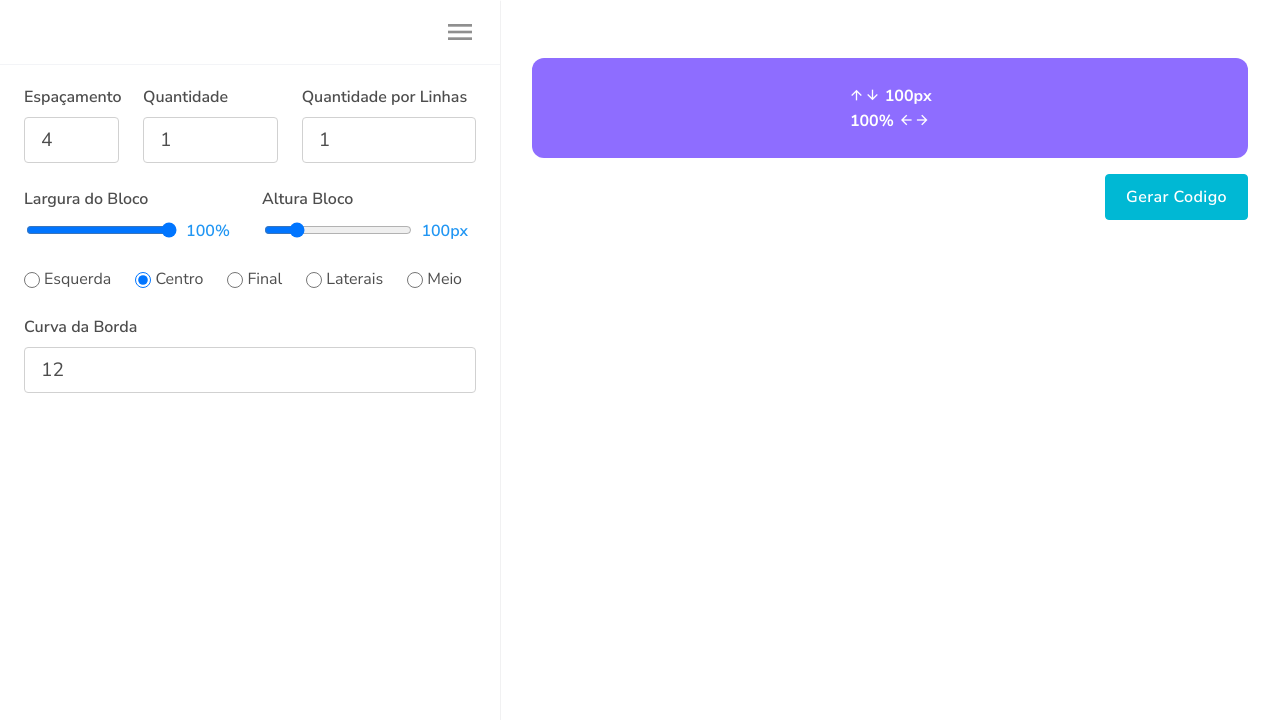
Repository: Flintdl/lowcode-elements
Page: /
The author's editor kept a copy of each file at every save. The page is drawn from the files as they stood at one save, then again after the next save.
The browser window is 1280 px wide. The pictures show the whole page.
The project was rebuilt for these pictures with package versions that can differ from the ones it lists, and the page was loaded fresh each time. Also part of the build but not shown: vue.config.js.

Above is the page before, as saved 2022-04-05 10:29:42.

### src/components/Menu/MenuTemplate.vue
<template>
  <div>
    <div
      class="ham burger-link-mobile sf-display-flex sf-display-md-none"
      @click="menu"
    >
      <i class="mdi mdi-menu sf-text-xlg sf-text-muted sf-dropdown-action"></i>
    </div>
    <nav class="sf-menu">
      <div class="sf-menu-header">
        <div
          @click="menu"
          class="hamburger-link sf-display-none sf-display-md-block"
        >
          <i
            class="mdi mdi-menu sf-text-xlg sf-text-muted sf-dropdown-action"
          ></i>
        </div>
      </div>
      <div class="sf-menu-body">
        <ul class="sf-menu-ul">
          <li class="sf-menu-li sf-px-4">
            <div class="sf-row">
              <div class="sf-col-3 sf-form-group">
                <label class="sf-label">Espaçamento</label>
                <input
                  type="number"
                  min="1"
                  max="12"
                  value="2"
                  id="inputGap"
                  v-model="inputGap"
                  class="filter-states sf-text-capitalize"
                  placeholder="Quantidade de Blocos"
                />
              </div>
              <div class="sf-col-4 sf-form-group">
                <label class="sf-label">Quantidade</label>
                <input
                  type="number"
                  value="1"
                  id="inputQuantidade"
                  v-model="inputQuantidade"
                  class="filter-states sf-text-capitalize"
                  placeholder="Quantidade de Blocos"
                />
              </div>
              <div class="sf-col-5 sf-form-group">
                <label class="sf-label">Quantidade por Linhas</label>
                <input
                  type="number"
                  min="1"
                  max="12"
                  value="1"
                  id="inputQuantidadeLinha"
                  v-model="inputQuantidadeLinha"
                  class="filter-states sf-text-capitalize"
                  placeholder="Quantidade Linha"
                />
              </div>
              <div class="sf-col-6 sf-form-group">
                <label class="sf-label">Largura do Bloco</label>
                <div class="sf-input-group">
                  <input
                    type="range"
                    min="10"
                    max="100"
                    value="10"
                    id="inputRange"
                    v-model="inputRange"
                    class="sf-px-0 sf-border-right-0 sf-border-radius-right-0 sf-text-capitalize"
                  />
                  <div
                    class="sf-input-group-append sf-display-flex sf-justify-content-center"
                  >
                    <div
                      class="sf-display-flex sf-align-items-center sf-justify-content-center sf-border-left-0 sf-border-radius sf-border-radius-left-0 sf-px-2 sf-text-info sf-font-weight-bold sf-min-60-px"
                    >
                      {{ inputRange }}%
                    </div>
                  </div>
                </div>
              </div>
              <div class="sf-col-6 sf-form-group">
                <label class="sf-label">Altura Bloco</label>
                <div class="sf-input-group">
                  <input
                    type="range"
                    min="10"
                    max="500"
                    id="valorHeight"
                    v-model="valorHeight"
                    class="sf-px-0 sf-border-right-0 sf-border-radius-right-0 sf-text-capitalize"
                  />
                  <div
                    class="sf-input-group-append sf-display-flex sf-justify-content-center"
                  >
                    <div
                      class="sf-display-flex sf-align-items-center sf-justify-content-center sf-border-left-0 sf-border-radius sf-border-radius-left-0 sf-px-2 sf-text-info sf-font-weight-bold sf-min-60-px"
                    >
                      {{ valorHeight }}px
                    </div>
                  </div>
                </div>
              </div>
              <div class="sf-col-auto sf-form-group">
                <input
                  id="start"
                  type="radio"
                  name="positionDivs"
                  v-model="checkValue"
                  value="start"
                  checked
                />
                <label for="start"> Esquerda</label>
              </div>

              <div class="sf-col-auto sf-form-group">
                <input
                  type="radio"
                  id="center"
                  name="positionDivs"
                  v-model="checkValue"
                  value="center"
                />
                <label for="center"> Centro</label>
              </div>

              <div class="sf-col-auto sf-form-group">
                <input
                  type="radio"
                  id="end"
                  name="positionDivs"
                  v-model="checkValue"
                  value="end"
                />
                <label for="end"> Final</label>
              </div>
              <div class="sf-col-auto sf-form-group">
                <input
                  type="radio"
                  id="between"
                  name="positionDivs"
                  v-model="checkValue"
                  value="between"
                />
                <label for="between"> Laterais</label>
              </div>
              <div class="sf-col-auto sf-form-group">
                <input
                  type="radio"
                  id="around"
                  name="positionDivs"
                  v-model="checkValue"
                  value="around"
                />
                <label for="around"> Meio</label>
              </div>
              <div class="sf-col-12 sf-form-group">
                <label class="sf-label">Curva da Borda</label>
                <input
                  type="number"
                  value="1"
                  id="inputBorderRadius"
                  v-model="inputBorderRadius"
                  class="filter-states sf-text-capitalize"
                  placeholder="Curva da Borda"
                />
              </div>
            </div>
          </li>
        </ul>
      </div>
    </nav>
    <div class="sf-content-page">
      <HomeView
        :valor="parseInt(inputRange)"
        :inputGap="parseInt(inputGap)"
        :valorHeight="parseInt(valorHeight)"
        :quantidade="parseInt(inputQuantidade)"
        :quantidadeLinha="parseInt(inputQuantidadeLinha)"
        :inputBorderRadius="parseInt(inputBorderRadius)"
        :checkValue="checkValue"
      />
    </div>
    <div class="ga-mascara-fundo" @click="mask"></div>
  </div>
</template>

<script>
import HomeView from "@/views/HomeView.vue";
import image from "@/assets/logo-soften.webp";

export default {
  name: "MenuTemplate",
  data: function () {
    return {
      inputQuantidade: (this.inputQuantidade = 1),
      inputQuantidadeLinha: (this.inputQuantidadeLinha = 1),
      inputBorderRadius: (this.inputBorderRadius = 12),
      inputRange: (this.inputRange = 100),
      valorHeight: (this.valorHeight = 100),
      inputGap: (this.inputGap = 4),
      checkValue: (this.checkValue = "center"),
      image: image,
    };
  },
  components: {
    HomeView,
  },
  beforeMount() {
    if (window.innerWidth >= 768) {
      if (localStorage.getItem("menu") === "fechado") {
        document.body.classList.add("menu-fechado");
      } else {
        document.body.classList.remove("menu-fechado");
      }
    }

    (function () {
      var current = window.location.pathname.split("")[0];
      if (current === "") return;
      var menuItems = document.querySelectorAll(".sf-menu-list-link");
      for (var i = 0, len = menuItems.length; i < len; i++) {
        if (menuItems[i].getAttribute("href").indexOf(current) !== -1) {
          menuItems[i].className += " active-nolink";
          menuItems[i].nextElementSibling.className += " active-nolink";
        }
      }
    })();
  },
  methods: {
    menu() {
      if (window.innerWidth >= 768) {
        document.body.classList.toggle("menu-fechado");
        if (document.body.classList.contains("menu-fechado")) {
          localStorage.setItem("menu", "fechado");
        } else {
          localStorage.removeItem("menu");
        }
      } else {
        document.body.classList.toggle("menu-mobile-aberto");
      }
    },
    mask() {
      document.body.classList.remove("menu-mobile-aberto");
    },
  },
};

// function dropdown(menu) {
//   var dropdowns = document.getElementsByClassName("sf-dropdown-menu");
//   var i;
//   for (i = 0; i < dropdowns.length; i++) {
//     var openDropdown = dropdowns[i];
//     if (openDropdown.classList.contains("show")) {
//       openDropdown.classList.remove("show");
//     }
//   }
//   document.querySelector(menu).classList.toggle("show");
// }
</script>

<style lang="scss">
@import "@/assets/scss/style.scss";
@import "@/assets/scss/standard.scss";
@import "@/assets/scss/menu.scss";
</style>

### src/assets/scss/_variables.scss
// Primarys Colors
$standardTextColor: #4d4d4d;

$primaryColor: #8e6dff;
$secondaryColor: #009997;
$buttonDisableColor: #9c9c9c;
$buttonDisableBgColor: #7676764d;

// Menu Colors

$bgMenuColor: #1d1d1d;
$linkMenuColor: #7b8089;
$iconMenuColor: #2a2a2a;
$borderMenuColor: #323232;

// Botão Colors

$btnPrimary: #00b8d4;
$btnPrimaryHover: #0085b0;

// Generics Colors

$whiteColor: #ffffff;
$mutedColor: #8f8f8f;
$cardColor: #f3f4f7;
$cardColorLight: #f9fafc;
$cardColorLightTwo: #f1f5fc;
$greyLight: #d1d1d1;

// Dropdown Colors

$dropdownHeaderColor: #5f5f5f;
$dropdownColor: #ebffff;

// State Colors

$successColor: #3dc661;
$dangerColor: #e7515a;
$warningColor: #e2a03f;
$infoColor: #2196f3;
$defaultColor: #172b4d;
$lightColor: #e0e0e0;

### src/assets/scss/standard.scss
@import "variables";

.sf-content-page {
  transition: margin-left 0.15s ease;
  margin-left: 500px;
  padding: 3.6rem 2rem;
}

input,
select {
  font-size: 1.2rem;
  font-family: "Nunito Sans", sans-serif;
  color: #4d4d4d;
  background-color: #ffffff;
  width: 100%;
  display: block;
  height: 46px;
  padding: 0 1rem;
  border-radius: 4px;
  border: 1px solid #d1d1d1;
}

input:disabled {
  background-color: $buttonDisableBgColor;
}

textarea {
  font-size: 0.875rem;
  font-family: "Nunito Sans", sans-serif;
  color: #4d4d4d;
  background-color: #ffffff;
  width: 100%;
  display: block;
  padding: 1rem;
  border-radius: 4px;
  border: 1px solid #d1d1d1;
  resize: none;
}

input[type="range"] {
  height: fit-content !important;
}

.sf-form-100 {
  width: calc(100% + 24px);
}

/* Input Radio */
.form-selectradio,
.form-selectcheckbox {
  display: flex;
}

.form-selectradiobutton,
.form-selectcheckboxbutton {
  display: inline-block;
  border-radius: 50%;
  margin: 0;
}

.form-selectradiobutton label,
.form-selectcheckboxbutton label {
  font-size: 0.875rem;
  cursor: pointer;
  display: inline-block;
  margin: 0 16px 0 8px;
  vertical-align: middle;
}

input[type="radio"],
input[type="checkbox"] {
  width: 1rem;
  height: 1rem;
  text-align: center;
  position: relative;
  border-radius: 50%;
  line-height: 16px;
  cursor: pointer;
  margin: 0;
  display: inline-block;
  vertical-align: middle;
}

input[type="checkbox"] {
  border-radius: 6px;
}

// Renderização de Consulta - Botão

.sf-action-rendered-content {
  gap: 8px;
  .sf-action-rendered-consult {
    -webkit-box-flex: 1;
    -ms-flex-positive: 1;
    flex-grow: 1;
    white-space: nowrap;
    width: auto;
    span {
      cursor: pointer;
      &:hover {
        // background-color: #27272736 !important;
        border-color: #272727 !important;
      }
      &.actived {
        // background-color: #00b8d436 !important;
        border-color: #00b8d4 !important;
        font-weight: 700;
      }
    }
  }
}

// Renderização de Consulta - Botão

// Conteúdo socio resultado

.sf-card-socio-content {
  gap: 12px;
  .sf-card-socio {
    width: 100%;
    &.actived {
      div {
        background-color: #1fbdd538;
        border-color: #00b8d4 !important;
        color: #0395ac;
      }
    }
    &:hover {
      div {
        border-color: #00b8d4 !important;
        color: #0395ac;
        cursor: pointer;
      }
    }
  }
}
// Conteúdo socio resultado

// Conteúdo contato resultado

.sf-contact-business-content {
  gap: 12px;
  &.sf-business-overflow {
    ::-webkit-scrollbar {
      background: #e0e0e0;
      height: 4px;
      width: 6px;
    }

    ::-webkit-scrollbar-thumb {
      background: #bebebe;
    }
    ::-webkit-scrollbar-track {
      background-color: #e0e0e0;
    }
    ul {
      max-height: 392px;
      overflow-y: auto;
    }
  }
  .sf-contact-content-list {
    width: 100%;
    &.content-list-segments {
      height: fit-content;
      div {
        background-color: #f5f5f5;
        width: 100%;
      }
      &.actived {
        div {
          background-color: #1fbdd538;
          border-color: #00b8d4 !important;
          color: #0395ac;
        }
      }
      &:hover {
        div {
          border-color: #00b8d4 !important;
          color: #0395ac;
          cursor: pointer;
        }
      }
    }
  }
  &.sf-content-grid {
    .sf-contact-content-list {
      flex: initial;
    }
  }
}

.information-list-business {
  .information-list-business-li {
    span {
      width: 100%;
    }
    &:nth-child(odd) {
      background-color: #79797936;
    }
  }
}

.autocomplete-items {
  position: absolute;
  border: 1px solid #d4d4d4;
  margin: 12px 12px 0;
  border-radius: 4px;
  max-height: 210px;
  overflow-y: auto;
  z-index: 99;
  top: 100%;
  left: 0;
  right: 0;
}

.autocomplete-items div {
  padding: 10px;
  cursor: pointer;
  background-color: #fff;
  border-bottom: 1px solid #d4d4d4;
  &:last-child {
    border-bottom: 0;
  }
}

.autocomplete-items div:hover {
  background-color: #e9e9e9;
}

.autocomplete-active {
  background-color: DodgerBlue !important;
  color: #ffffff;
}

@media (min-width: 731px) {
  .sf-contact-business-content {
    .sf-contact-content-list {
      width: calc(50% - 12px);
    }
    &.sf-content-grid {
      .sf-contact-content-list {
        width: calc(50% - 12px);
      }
    }
  }
  .sf-card-socio-content {
    .sf-card-socio {
      width: calc(50% - 12px);
    }
  }
}

@media (min-width: 960px) {
  .sf-contact-business-content {
    .sf-contact-content-list {
      width: calc((100% - 24px) / 3);
    }
    &.sf-content-grid {
      .sf-contact-content-list {
        width: calc((100% - 24px) / 3);
      }
    }
  }
  .sf-card-socio-content {
    .sf-card-socio {
      width: calc((100% - 24px) / 3);
    }
  }
}
@media (min-width: 1200px) {
  .sf-contact-business-content {
    .sf-contact-content-list {
      width: calc((100% - 24px) / 3);
    }
    &.sf-content-grid {
      .sf-contact-content-list {
        width: calc(100% / 4);
      }
    }
  }
  .sf-card-socio-content {
    .sf-card-socio {
      width: calc((100% - 36px) / 4);
    }
  }
}

// Conteúdo contato resultado

.sf-loading-animation {
  z-index: 999999;
  // display: none;
  height: 100px;
  width: 100px;
}

.sf-loading-input {
  height: 100%;
  width: 40px;
}

// Error Style

.sf-error-svg {
  font-size: 3rem;
  font-family: Impact, Haettenschweiler, "Arial Narrow Bold", sans-serif;
}
/*////////////////////v animation//////////////////*/
.text1 {
  fill: none;
  stroke-linejoin: round;
  stroke-dasharray: 1160;
  stroke-dashoffset: 0;
}
.text1:nth-child(3n) {
  fill: #272727;
}

.text1:nth-child(3n + 2) {
  fill: #e7515a;
}

.text2 {
  fill: #2196f3;
}
// Mesagem Box

.mensagem-box {
  position: fixed;
  overflow: hidden;
  z-index: 997;
  right: 30px;
  bottom: 30px;
}

.mensagem {
  margin-bottom: 12px;
  border-radius: 4px;
  padding: 16px 32px;
  font-size: 1rem;
  color: #fff;
  z-index: 998;
}

.mensagem:last-child {
  margin-bottom: 0;
}

.mensagem.success {
  background-color: $successColor;
}

.mensagem.error {
  background-color: $dangerColor;
}

.mensagem.warning {
  background-color: $warningColor;
}

// Mesagem Box

// Error Style

.sf-modal {
  background-color: #000;
  position: fixed;
  z-index: -1;
  display: none;
  height: 100%;
  width: 100%;
  opacity: 0;
  left: 0;
  top: 0;
  &.actived {
    background-color: gray;
    display: block;
    z-index: 9999;
    opacity: 0.8;
  }
}

### src/views/HomeView.vue
<template>
  <div>
    <div class="sf-row">
      <div
        id="sf-preview-code-content"
        class="sf-col-12 sf-mx-auto sf-position-relative"
      >
        <!-- <div class="sf-display-flex sf-flex-wrap sf-width-100">
          <div
            id="sf-grid-template"
            class="sf-grid sf-position-relative"
            :style="{
              width: cssProps.width,
              height: String(valorHeight) + 'px',
              left: inputGap / 2 + 'px',
            }"
            v-bind:key="n"
            v-for="n of quantidade"
          ></div>
        </div> -->
        <div id="sf-preview-code">
          <div
            :style="gapProps"
            :class="[
              'sf-display-flex sf-flex-wrap sf-width-100',
              'sf-justify-content-' + checkValue,
            ]"
          >
            <DivGrid
              v-bind:key="n"
              v-for="n of quantidade"
              :tamanho="String(valor)"
              :altura="String(valorHeight)"
              class="sf-position-relative"
              :cssDefinido="cssProps"
            />
          </div>
        </div>
      </div>
      <div class="sf-col-12 sf-mt-3 sf-display-flex sf-justify-content-end">
        <button class="sf-btn sf-btn-primary" @click="gerarCodigo">
          Gerar Codigo
        </button>
      </div>
    </div>
    <div class="sf-row" v-if="htmlPreviewCode">
      <div class="sf-col-12 sf-mx-auto sf-mt-5 sf-code-content">
        <div class="sf-bg-code sf-p-4 sf-border-radius">
          <code>
            <span class="sf-text-info">Código do Preview</span> <br />
            {{ htmlPreviewCode }}
          </code>
        </div>
      </div>
    </div>
  </div>
</template>

<script>
// @ is an alias to /src

import DivGrid from "@/components/templates/DivGrid.vue";

export default {
  name: "HomeView",
  data: function () {
    return {
      htmlPreviewCode: null,
    };
  },
  components: {
    DivGrid,
  },
  props: {
    valor: Number,
    inputGap: Number,
    quantidade: Number,
    valorHeight: Number,
    quantidadeLinha: Number,
    inputBorderRadius: Number,
    checkValue: String,
  },
  computed: {
    cssProps() {
      return {
        width: `calc((${this.valor}% - ${this.inputGap}px * ${
          this.quantidadeLinha - 1
        }) / ${this.quantidadeLinha})`,
        height: this.valorHeight + "px",
        "border-radius": this.inputBorderRadius + "px",
      };
    },
    gapProps() {
      return {
        gap: this.inputGap + "px",
      };
    },
  },
  methods: {
    gerarCodigo() {
      this.htmlPreviewCode =
        document.getElementById("sf-preview-code").innerHTML;
    },
  },
};
</script>

<style>
#sf-grid-template:after {
  content: "";
  width: 100%;
  height: 150%;
  top: -25%;
  background-color: #ff008c0a;
  border: 1px solid rgba(255, 0, 140, 0.103);
  border-left: 2px solid #ff008c38;
  border-right: 2px solid #ff008c38;
  position: absolute;
}
</style>

### src/components/templates/DivGrid.vue
<template>
  <div
    class="sf-bg-primary sf-position-relative sf-overflow-hidden"
    :style="cssDefinido"
  >
    <span
      class="sf-position-absolute sf-centerAbsolute-xy sf-text-white sf-font-weight-extra-bold sf-text-center"
      :style="tamanho"
    >
      <i
        class="mdi mdi-arrow-up sf-text-md sf-text-white sf-dropdown-action"
      ></i>
      <i
        class="mdi mdi-arrow-down sf-text-md sf-text-white sf-dropdown-action"
      ></i>
      {{ altura }}px <br />

      {{ tamanho }}%
      <i
        class="mdi mdi-arrow-left sf-text-md sf-text-white sf-dropdown-action"
      ></i>
      <i
        class="mdi mdi-arrow-right sf-text-md sf-text-white sf-dropdown-action"
      ></i>
    </span>
  </div>
</template>

<script>
export default {
  props: {
    cssDefinido: Object,
    tamanho: String,
    altura: String,
  },
};
</script>

<style></style>

Loaded but not shown: public/index.html (common file); src/main.js (common file); src/App.vue (common file); src/registerServiceWorker.js (common file); src/router/index.js (common file); src/assets/scss/materialdesignicons.scss (9 lines, source omitted); src/assets/scss/style.scss (4087 lines, source omitted); src/assets/scss/menu.scss (396 lines, source omitted)

After the next save:
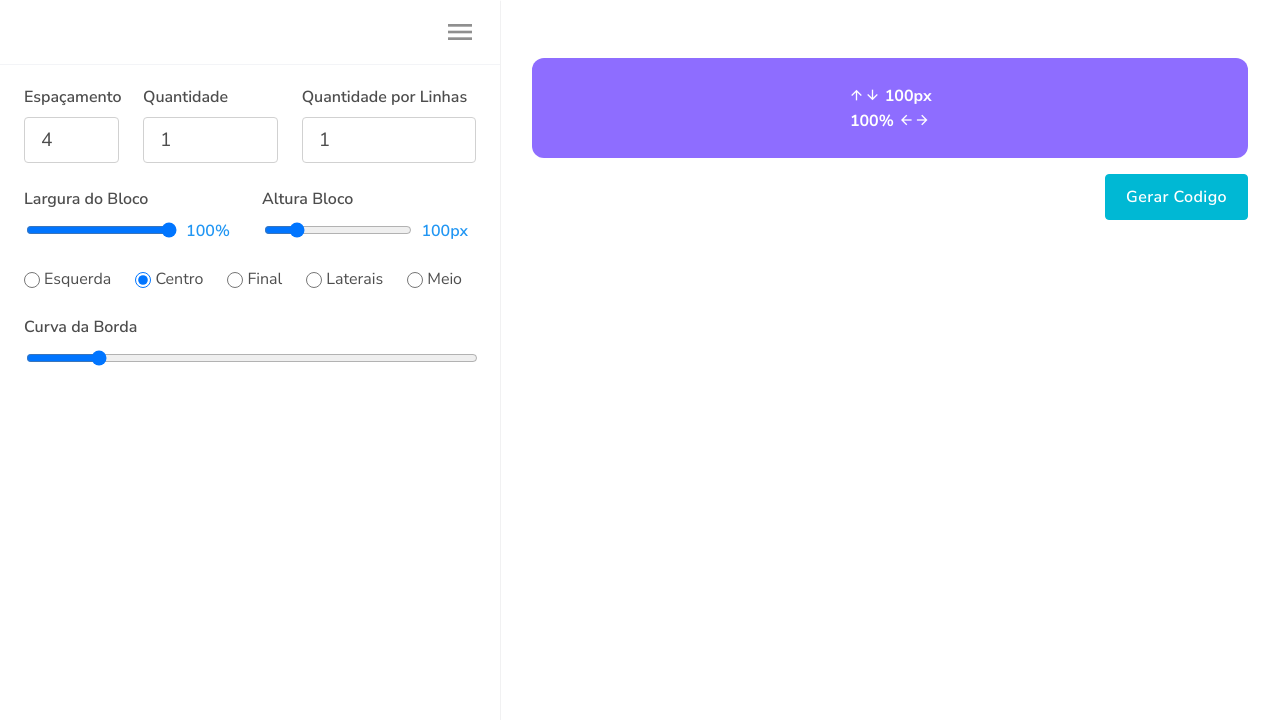
Saved 94 s later.
--- a/src/components/Menu/MenuTemplate.vue
+++ b/src/components/Menu/MenuTemplate.vue
@@ -159,7 +159,7 @@
               <div class="sf-col-12 sf-form-group">
                 <label class="sf-label">Curva da Borda</label>
                 <input
-                  type="number"
+                  type="range"
                   value="1"
                   id="inputBorderRadius"
                   v-model="inputBorderRadius"
